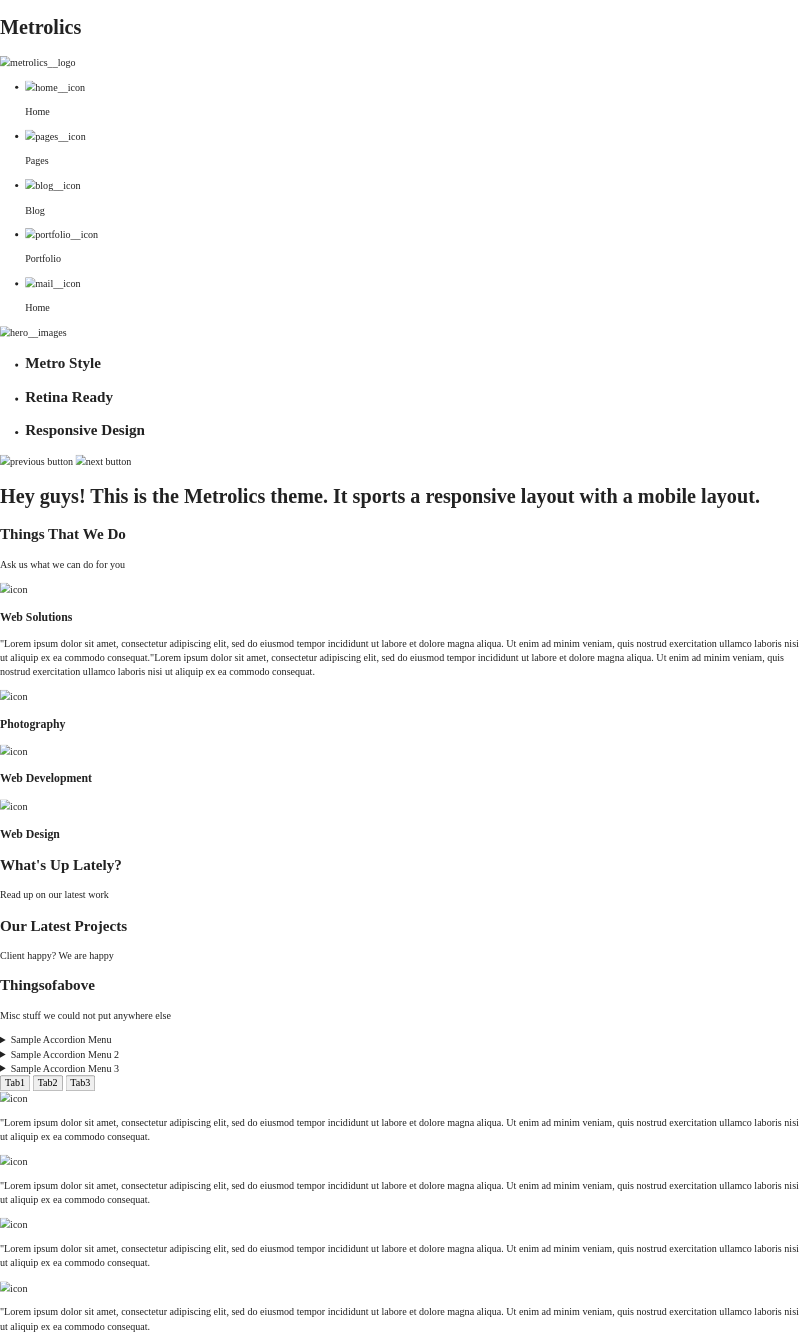
Repository: eilidhma/metrolics
Page: index.html
The author's editor kept a copy of each file at every save. The page is drawn from the files as they stood at one save, then again after a run of saves.
The browser window is 1280 px wide. The pictures show the whole page, at 63% of full size.

Above is the page before, as saved 2021-01-27 00:01:57.

### index.html
<!doctype html>
<html class="no-js" lang="">

<head>
  <meta charset="utf-8">
  <title>Metrolics</title>
  <meta name="description" content="">
  <meta name="viewport" content="width=device-width, initial-scale=1">

  <meta property="og:title" content="">
  <meta property="og:type" content="">
  <meta property="og:url" content="">
  <meta property="og:image" content="">

  <link rel="manifest" href="site.webmanifest">
  <link rel="apple-touch-icon" href="icon.png">
  <!-- Place favicon.ico in the root directory -->

  <link rel="stylesheet" href="css/normalize.css">
  <link rel="stylesheet" href="css/main.css">

  <meta name="theme-color" content="#fafafa">
</head>


<!-- Add your site or application content here -->
<body class="page__home">
  <header class="page__header">
    <div class="page__title">
      <h1 class="large__headings">Metrolics</h1>
      <img src="" alt="metrolics__logo" class="header__icon">
    </div>
    <nav class="page__navigation">
      <ul class="navigation__section">
        <li class="navigation_items">
          <img src="" alt="home__icon" class="nav__icons">
          <p class="nav__titles">Home</p>
        </li>
        <li class="navigation_items">
          <img src="" alt="pages__icon" class="nav__icons">
          <p class="nav__titles">Pages</p>
        </li>
        <li class="navigation_items">
          <img src="" alt="blog__icon" class="nav__icons">
          <p class="nav__titles">Blog</p>
        </li>
        <li class="navigation_items">
          <img src="" alt="portfolio__icon" class="nav__icons">
          <p class="nav__titles">Portfolio</p>
        </li>
        <li class="navigation_items">
          <img src="" alt="mail__icon" class="nav__icons">
          <p class="nav__titles">Home</p>
        </li>
      </ul>
    </nav>
  </header>

  <section class="hero__section">
    <img src="" alt="hero__images">
    <ul class="hero__headings">
      <li>
        <div class="hero__headings__colour1"></div>
        <h2 class="medium__headings">Metro Style</h2>
      </li>
      <li>
        <div class="hero__headings__colour2"></div>
        <h2 class="medium__headings">Retina Ready</h2>
      </li>
      <li>
        <div class="hero__headings__colour3"></div>
        <h2 class="medium__headings">Responsive Design</h2>
      </li>
    </ul>
    <a class="prev" onclick="">
      <img src="" alt="previous button" class="prev__icon">
    </a>
    <a class="next" onclick="">
      <img src="" alt="next button" class="next__icon">
    </a>
  </section>

  <main class="page__main">
    <h1 class="large__headings">Hey guys! This is the Metrolics theme. It sports a responsive layout with a mobile layout.</h1>
    <h2 class="medium__headings">Things That We Do</h2>
    <p class="main__text">Ask us what we can do for you</p>

    <section class="main__content__four__columns">
      <div class="four_column_item">
        <img src="" alt="icon" class="four_column_icon">
        <h3 class="four_column_headers">Web Solutions</h3>
        <p class="four_column_text">"Lorem ipsum dolor sit amet, consectetur adipiscing elit, sed do eiusmod tempor incididunt ut labore et dolore magna aliqua. Ut enim ad minim veniam, quis nostrud exercitation ullamco laboris nisi ut aliquip ex ea commodo consequat."Lorem ipsum dolor sit amet, consectetur adipiscing elit, sed do eiusmod tempor incididunt ut labore et dolore magna aliqua. Ut enim ad minim veniam, quis nostrud exercitation ullamco laboris nisi ut aliquip ex ea commodo consequat.</p>
      </div>
      <div class="four_column_item">
        <img src="" alt="icon" class="four_column_icon">
        <h3 class="four_column_headers">Photography</h3>
        <p class="four_column_text"></p>
      </div>
      <div class="four_column_item">
        <img src="" alt="icon" class="four_column_icon">
        <h3 class="four_column_headers">Web Development</h3>
        <p class="four_column_text"></p>
      </div>
      <div class="four_column_item">
        <img src="" alt="icon" class="four_column_icon">
        <h3 class="four_column_headers">Web Design</h3>
        <p class="four_column_text"></p>
      </div>
    </section>

    <h2 class="medium__headings">What's Up Lately?</h2>
    <p class="main__text">Read up on our latest work</p>

    <section>
      <div></div>
      <div></div>
      <div></div>
    </section>

    <!-- SLIDER??? -->

    <h2 class="medium__headings">Our Latest Projects</h2>
    <p class="main__text">Client happy? We are happy</p>

    <section>
      <div></div>
      <div></div>
      <div></div>
      <div></div>
      <div></div>
      <div></div>
    </section>

    <h2 class="medium__headings">Thingsofabove</h2>
    <p class="main__text">Misc stuff we could not put anywhere else</p>

    <section class="detailed_content">
      <div class="menus">
        <details class="menus_items">
          <summary class="menu_titles">Sample Accordion Menu</summary>
          <img src="" alt="menu item icon" class="menu_icons">
          <h4 class="menu__content__titles"></h4>
          <p class="menu__content__text"></p>
        </details>
        <details class="menus_items">
          <summary class="menu_titles">Sample Accordion Menu 2</summary>
          <img src="" alt="menu item icon" class="menu_icons">
          <h4 class="menu__content__titles"></h4>
          <p class="menu__content__text"></p>
        </details>
        <details class="menus_items">
          <summary class="menu_titles">Sample Accordion Menu 3</summary>
          <img src="" alt="menu item icon" class="menu_icons">
          <h4 class="menu__content__titles"></h4>
          <p class="menu__content__text"></p>
        </details>
      </div>
      <div class="tabs">
        <nav class="tab_nav">
          <button class="tab__buttons" onclick="">Tab1</button>
          <button class="tab__buttons" onclick="">Tab2</button>
          <button class="tab__buttons" onclick="">Tab3</button>
        </nav>
        <div class="tab__content">
          <div class="tab__items">
            <img src="" alt="icon" class="tab__icons">
            <p class="tab__text">"Lorem ipsum dolor sit amet, consectetur adipiscing elit, sed do eiusmod tempor incididunt ut labore et dolore magna aliqua. Ut enim ad minim veniam, quis nostrud exercitation ullamco laboris nisi ut aliquip ex ea commodo consequat. </p>
          </div>
          <div class="tab__items">
            <img src="" alt="icon" class="tab__icons">
            <p class="tab__text">"Lorem ipsum dolor sit amet, consectetur adipiscing elit, sed do eiusmod tempor incididunt ut labore et dolore magna aliqua. Ut enim ad minim veniam, quis nostrud exercitation ullamco laboris nisi ut aliquip ex ea commodo consequat. </p>
          </div>
          <div class="tab__items">
            <img src="" alt="icon" class="tab__icons">
            <p class="tab__text">"Lorem ipsum dolor sit amet, consectetur adipiscing elit, sed do eiusmod tempor incididunt ut labore et dolore magna aliqua. Ut enim ad minim veniam, quis nostrud exercitation ullamco laboris nisi ut aliquip ex ea commodo consequat. </p>
          </div>
          <div class="tab__items">
            <img src="" alt="icon" class="tab__icons">
            <p class="tab__text">"Lorem ipsum dolor sit amet, consectetur adipiscing elit, sed do eiusmod tempor incididunt ut labore et dolore magna aliqua. Ut enim ad minim veniam, quis nostrud exercitation ullamco laboris nisi ut aliquip ex ea commodo consequat. </p>
          </div>
        </div>
      </div>
    </section>
  </main>





  <script src="js/vendor/modernizr-3.11.2.min.js"></script>
  <script src="js/plugins.js"></script>
  <script src="js/main.js"></script>

  <!-- Google Analytics: change UA-XXXXX-Y to be your site's ID. -->
  <script>
    window.ga = function () { ga.q.push(arguments) }; ga.q = []; ga.l = +new Date;
    ga('create', 'UA-XXXXX-Y', 'auto'); ga('set', 'anonymizeIp', true); ga('set', 'transport', 'beacon'); ga('send', 'pageview')
  </script>
  <script src="https://www.google-analytics.com/analytics.js" async></script>
</body>

</html>

### css/main.css
/*! HTML5 Boilerplate v8.0.0 | MIT License | https://html5boilerplate.com/ */

/* main.css 2.1.0 | MIT License | https://github.com/h5bp/main.css#readme */
/*
 * What follows is the result of much research on cross-browser styling.
 * Credit left inline and big thanks to Nicolas Gallagher, Jonathan Neal,
 * Kroc Camen, and the H5BP dev community and team.
 */

/* ==========================================================================
   Base styles: opinionated defaults
   ========================================================================== */

html {
  color: #222;
  font-size: 1em;
  line-height: 1.4;
}

/*
 * Remove text-shadow in selection highlight:
 * https://twitter.com/miketaylr/status/12228805301
 *
 * Vendor-prefixed and regular ::selection selectors cannot be combined:
 * https://stackoverflow.com/a/16982510/7133471
 *
 * Customize the background color to match your design.
 */

::-moz-selection {
  background: #b3d4fc;
  text-shadow: none;
}

::selection {
  background: #b3d4fc;
  text-shadow: none;
}

/*
 * A better looking default horizontal rule
 */

hr {
  display: block;
  height: 1px;
  border: 0;
  border-top: 1px solid #ccc;
  margin: 1em 0;
  padding: 0;
}

/*
 * Remove the gap between audio, canvas, iframes,
 * images, videos and the bottom of their containers:
 * https://github.com/h5bp/html5-boilerplate/issues/440
 */

audio,
canvas,
iframe,
img,
svg,
video {
  vertical-align: middle;
}

/*
 * Remove default fieldset styles.
 */

fieldset {
  border: 0;
  margin: 0;
  padding: 0;
}

/*
 * Allow only vertical resizing of textareas.
 */

textarea {
  resize: vertical;
}

/* ==========================================================================
   Author's custom styles
   ========================================================================== */

/* ==========================================================================
   Helper classes
   ========================================================================== */

/*
 * Hide visually and from screen readers
 */

.hidden,
[hidden] {
  display: none !important;
}

/*
 * Hide only visually, but have it available for screen readers:
 * https://snook.ca/archives/html_and_css/hiding-content-for-accessibility
 *
 * 1. For long content, line feeds are not interpreted as spaces and small width
 *    causes content to wrap 1 word per line:
 *    https://medium.com/@jessebeach/beware-smushed-off-screen-accessible-text-5952a4c2cbfe
 */

.sr-only {
  border: 0;
  clip: rect(0, 0, 0, 0);
  height: 1px;
  margin: -1px;
  overflow: hidden;
  padding: 0;
  position: absolute;
  white-space: nowrap;
  width: 1px;
  /* 1 */
}

/*
 * Extends the .sr-only class to allow the element
 * to be focusable when navigated to via the keyboard:
 * https://www.drupal.org/node/897638
 */

.sr-only.focusable:active,
.sr-only.focusable:focus {
  clip: auto;
  height: auto;
  margin: 0;
  overflow: visible;
  position: static;
  white-space: inherit;
  width: auto;
}

/*
 * Hide visually and from screen readers, but maintain layout
 */

.invisible {
  visibility: hidden;
}

/*
 * Clearfix: contain floats
 *
 * For modern browsers
 * 1. The space content is one way to avoid an Opera bug when the
 *    `contenteditable` attribute is included anywhere else in the document.
 *    Otherwise it causes space to appear at the top and bottom of elements
 *    that receive the `clearfix` class.
 * 2. The use of `table` rather than `block` is only necessary if using
 *    `:before` to contain the top-margins of child elements.
 */

.clearfix::before,
.clearfix::after {
  content: " ";
  display: table;
}

.clearfix::after {
  clear: both;
}

/* ==========================================================================
   EXAMPLE Media Queries for Responsive Design.
   These examples override the primary ('mobile first') styles.
   Modify as content requires.
   ========================================================================== */

@media only screen and (min-width: 35em) {
  /* Style adjustments for viewports that meet the condition */
}

@media print,
  (-webkit-min-device-pixel-ratio: 1.25),
  (min-resolution: 1.25dppx),
  (min-resolution: 120dpi) {
  /* Style adjustments for high resolution devices */
}

/* ==========================================================================
   Print styles.
   Inlined to avoid the additional HTTP request:
   https://www.phpied.com/delay-loading-your-print-css/
   ========================================================================== */

@media print {
  *,
  *::before,
  *::after {
    background: #fff !important;
    color: #000 !important;
    /* Black prints faster */
    box-shadow: none !important;
    text-shadow: none !important;
  }

  a,
  a:visited {
    text-decoration: underline;
  }

  a[href]::after {
    content: " (" attr(href) ")";
  }

  abbr[title]::after {
    content: " (" attr(title) ")";
  }

  /*
   * Don't show links that are fragment identifiers,
   * or use the `javascript:` pseudo protocol
   */
  a[href^="#"]::after,
  a[href^="javascript:"]::after {
    content: "";
  }

  pre {
    white-space: pre-wrap !important;
  }

  pre,
  blockquote {
    border: 1px solid #999;
    page-break-inside: avoid;
  }

  /*
   * Printing Tables:
   * https://web.archive.org/web/20180815150934/http://css-discuss.incutio.com/wiki/Printing_Tables
   */
  thead {
    display: table-header-group;
  }

  tr,
  img {
    page-break-inside: avoid;
  }

  p,
  h2,
  h3 {
    orphans: 3;
    widows: 3;
  }

  h2,
  h3 {
    page-break-after: avoid;
  }
}

### js/plugins.js
// Avoid `console` errors in browsers that lack a console.
(function() {
  var method;
  var noop = function () {};
  var methods = [
    'assert', 'clear', 'count', 'debug', 'dir', 'dirxml', 'error',
    'exception', 'group', 'groupCollapsed', 'groupEnd', 'info', 'log',
    'markTimeline', 'profile', 'profileEnd', 'table', 'time', 'timeEnd',
    'timeline', 'timelineEnd', 'timeStamp', 'trace', 'warn'
  ];
  var length = methods.length;
  var console = (window.console = window.console || {});

  while (length--) {
    method = methods[length];

    // Only stub undefined methods.
    if (!console[method]) {
      console[method] = noop;
    }
  }
}());

// Place any jQuery/helper plugins in here.

Loaded but not shown: css/normalize.css (library); js/vendor/modernizr-3.11.2.min.js (library); js/main.js (no copy from this time; the picture is the same without it)

After the next 2 saves:
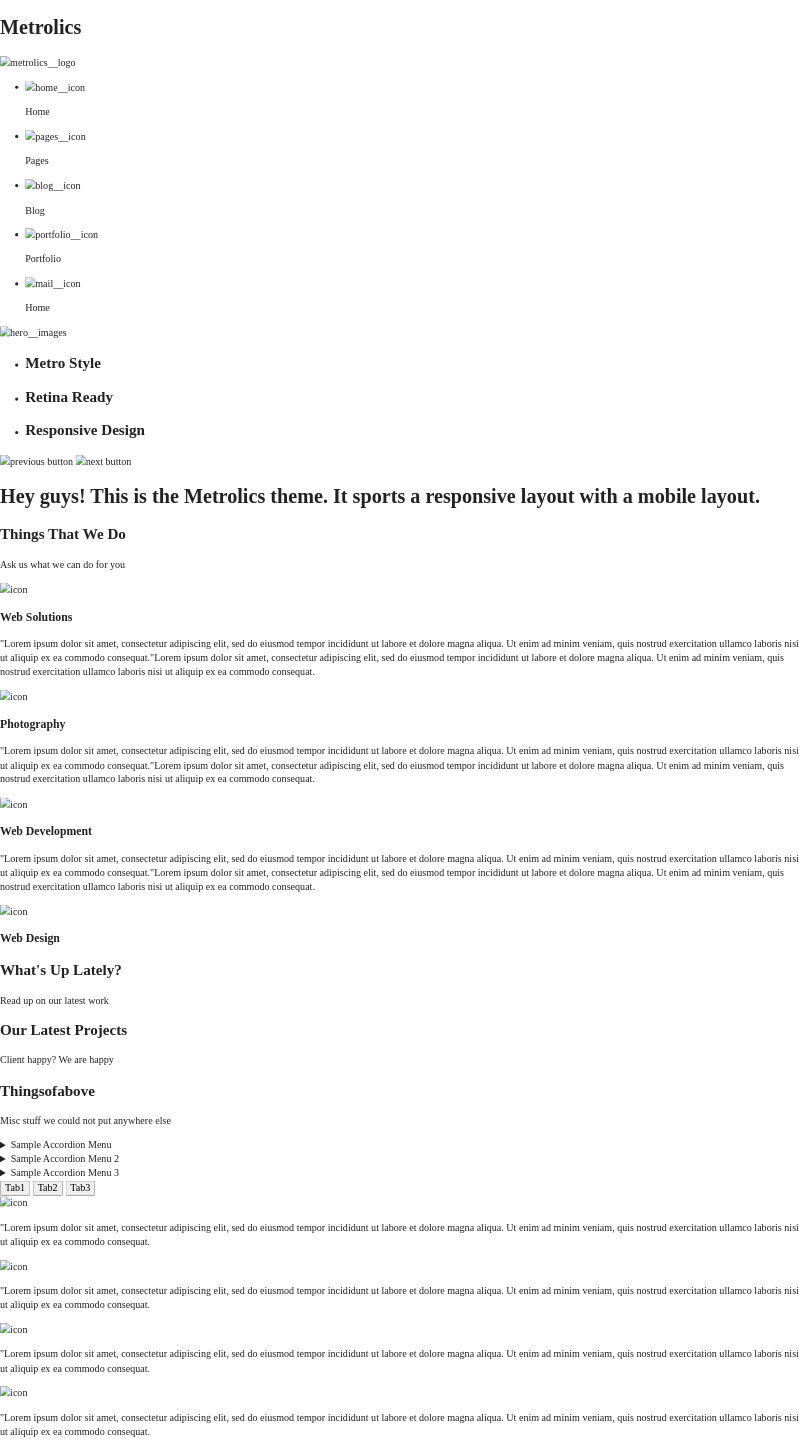
The 2 saves are shown as one change because they came seconds apart.
The last was saved 7 s later.
--- a/index.html
+++ b/index.html
@@ -94,12 +94,12 @@
       <div class="four_column_item">
         <img src="" alt="icon" class="four_column_icon">
         <h3 class="four_column_headers">Photography</h3>
-        <p class="four_column_text"></p>
+        <p class="four_column_text">"Lorem ipsum dolor sit amet, consectetur adipiscing elit, sed do eiusmod tempor incididunt ut labore et dolore magna aliqua. Ut enim ad minim veniam, quis nostrud exercitation ullamco laboris nisi ut aliquip ex ea commodo consequat."Lorem ipsum dolor sit amet, consectetur adipiscing elit, sed do eiusmod tempor incididunt ut labore et dolore magna aliqua. Ut enim ad minim veniam, quis nostrud exercitation ullamco laboris nisi ut aliquip ex ea commodo consequat.</p>
       </div>
       <div class="four_column_item">
         <img src="" alt="icon" class="four_column_icon">
         <h3 class="four_column_headers">Web Development</h3>
-        <p class="four_column_text"></p>
+        <p class="four_column_text">"Lorem ipsum dolor sit amet, consectetur adipiscing elit, sed do eiusmod tempor incididunt ut labore et dolore magna aliqua. Ut enim ad minim veniam, quis nostrud exercitation ullamco laboris nisi ut aliquip ex ea commodo consequat."Lorem ipsum dolor sit amet, consectetur adipiscing elit, sed do eiusmod tempor incididunt ut labore et dolore magna aliqua. Ut enim ad minim veniam, quis nostrud exercitation ullamco laboris nisi ut aliquip ex ea commodo consequat.</p>
       </div>
       <div class="four_column_item">
         <img src="" alt="icon" class="four_column_icon">
